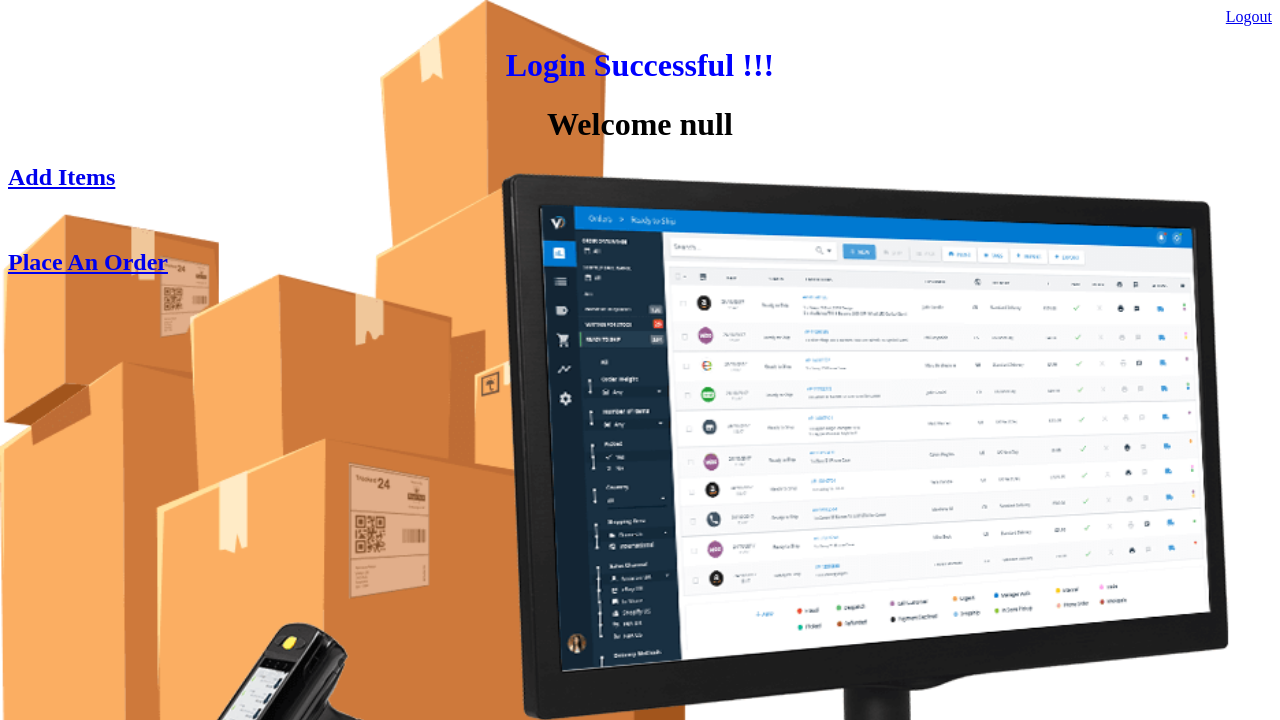
Repository: nirmaniPathiranage/CSSE-Procurement-Management
Page: http://localhost/Item_Management/Home.jsp
An editor plug-in stored every save of this project. The page is shown before and after the next save, followed by the edit.
The browser window is 1280 px wide. The pictures show the whole page.
The page is served by Tomcat 9. Other server files are loaded and not shown.

Above is the page before, as saved 2019-09-30 07:51:43.

### Item_Management/WebContent/Home.jsp
<%@ page language="java" contentType="text/html; charset=ISO-8859-1"
	pageEncoding="ISO-8859-1"%>
<!DOCTYPE html>
<html>
<head>
<meta http-equiv="Content-Type" content="text/html; charset=ISO-8859-1">
<title>Home Page</title>
<style>
body{

	background:url('bg4.png');
	background-size: cover;
}
</style>
</head>
<body>
	<div style="text-align: right">
		<a href="LogoutServlet">Logout</a>
	</div>
	<center>
		<h1>
			<font style="color: blue">Login Successful !!!</font>
		</h1>
	</center>
	<center>
		<h1>
			Welcome
			<%=session.getAttribute("userName")%>
		</h1>
		</center>
<a href = "AddItem.jsp"><h2>Add Items</h2></a><br>
<a href = "PlaceOrder.jsp"><h2>Place An Order</h2></a>
<br><br><br><br><br><br>
</body>
</html>

After the next save:
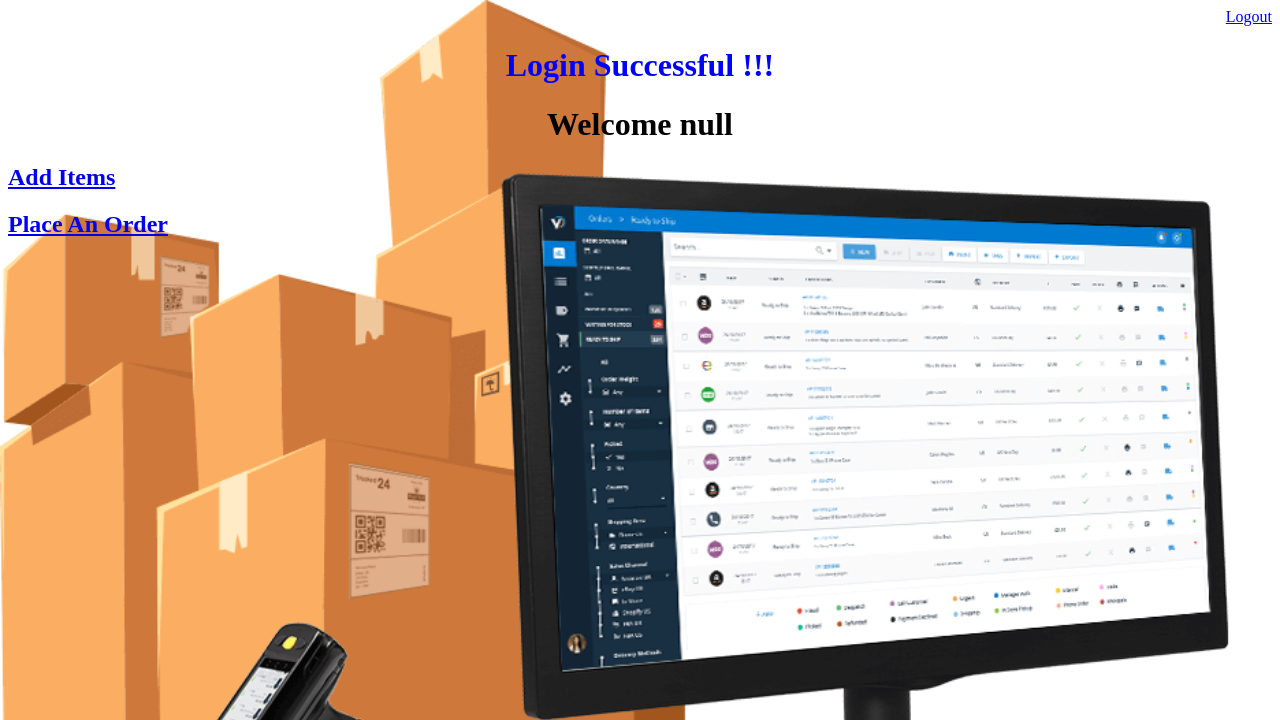
Saved 15 s later.
--- a/Item_Management/WebContent/Home.jsp
+++ b/Item_Management/WebContent/Home.jsp
@@ -28,7 +28,7 @@ body{
 			<%=session.getAttribute("userName")%>
 		</h1>
 		</center>
-<a href = "AddItem.jsp"><h2>Add Items</h2></a><br>
+<a href = "AddItem.jsp"><h2>Add Items</h2></a>
 <a href = "PlaceOrder.jsp"><h2>Place An Order</h2></a>
 <br><br><br><br><br><br>
 </body>
